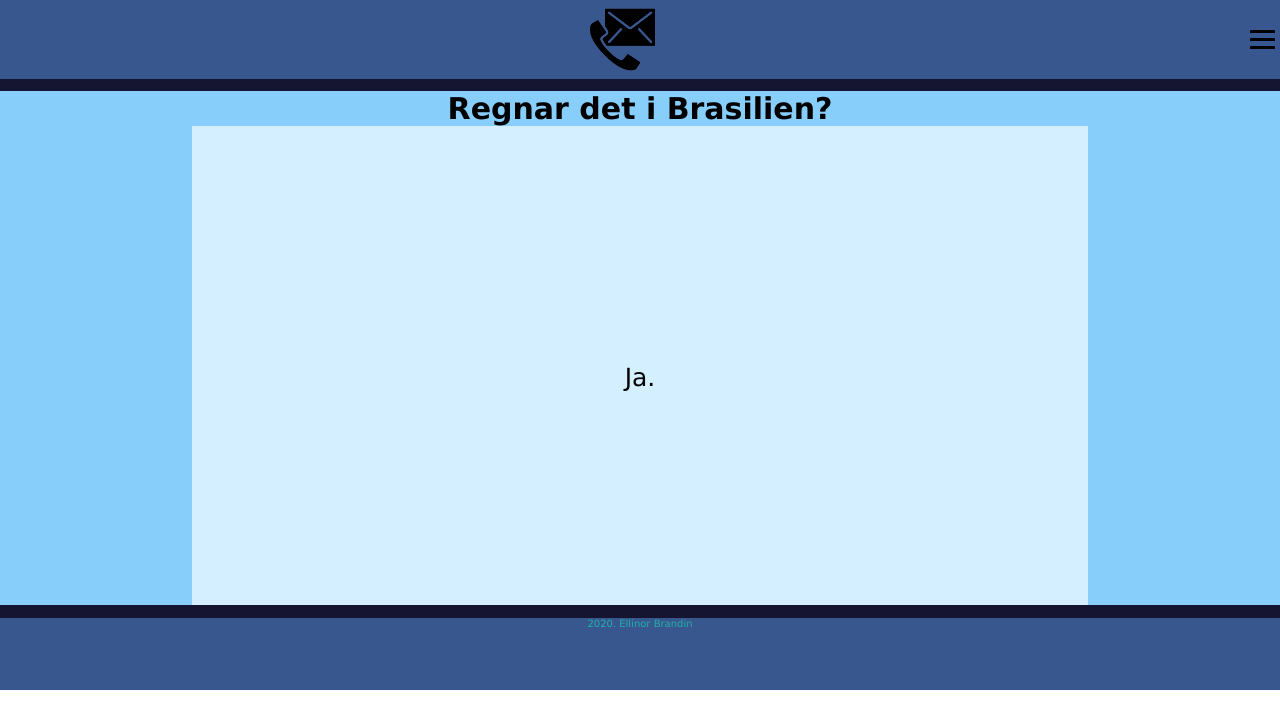
Repository: EllinorBrandin/projekt2
Page: ja copy.html
These files come from the project's save history. The page is drawn as it stood at one moment and after the next save; the edit follows.
The browser window is 1280 px wide. The pictures show the whole page.

Above is the page before, as saved 2020-05-07 10:56:42.

After the next save:
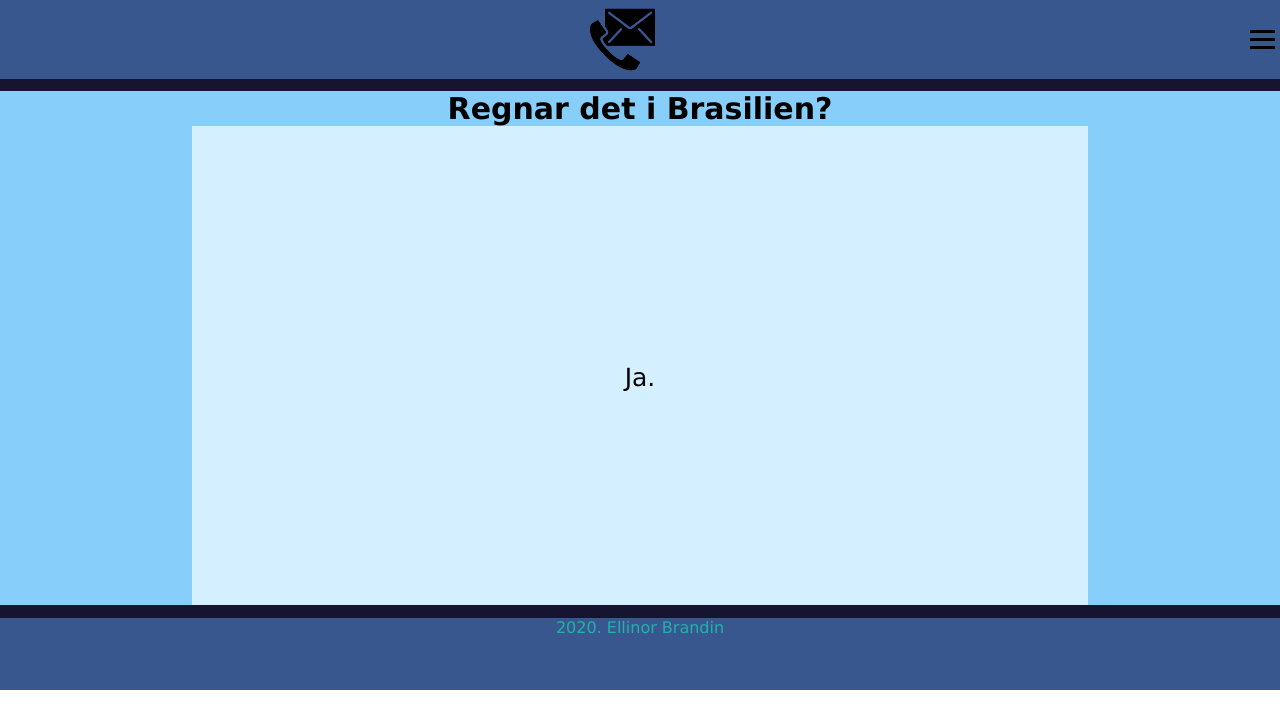
Saved 7 s later.
--- a/css/style.css
+++ b/css/style.css
@@ -11,7 +11,6 @@
     grid-template-columns:2fr 1fr;
     text-align: center;
     background-color: rgb(21, 21, 49);
-    font-size: 10px;
   font-family: 'Lucida Sans', 'Lucida Sans Regular', 'Lucida Grande', 'Lucida Sans Unicode', Geneva, Verdana, sans-serif;
     grid-template-areas:
         'nv nv nv nv'
